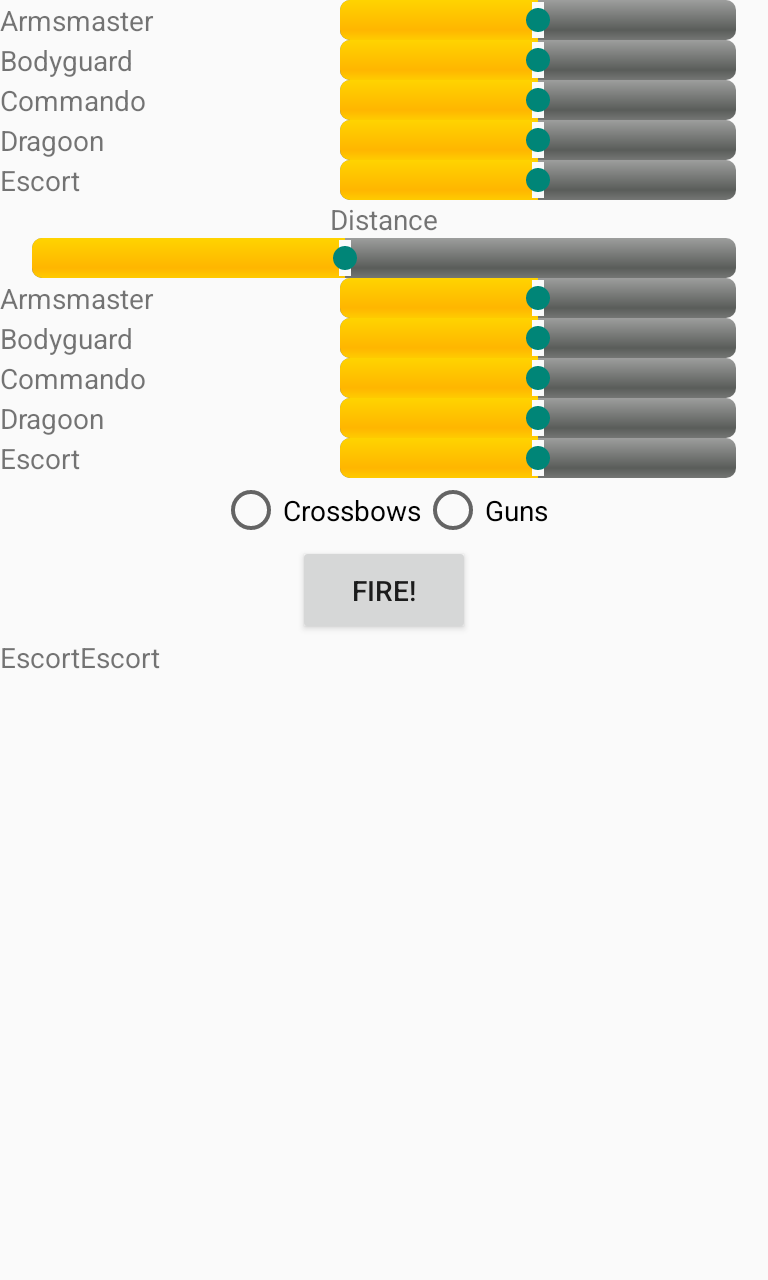
Repository: bryanpope/TARR
Layout: workspace/helloworld/res/layout/activity_hello_world.xml
The author's editor kept a copy of each file at every save. The layout is drawn from the files as they stood at one save, then again after the next save.
It is drawn on a 768 x 1280 px phone screen (xhdpi) without system bars, with theme AppTheme; the app's code is not run.

Above is the layout before, as saved 2014-06-01 23:44:50.

After the next save:
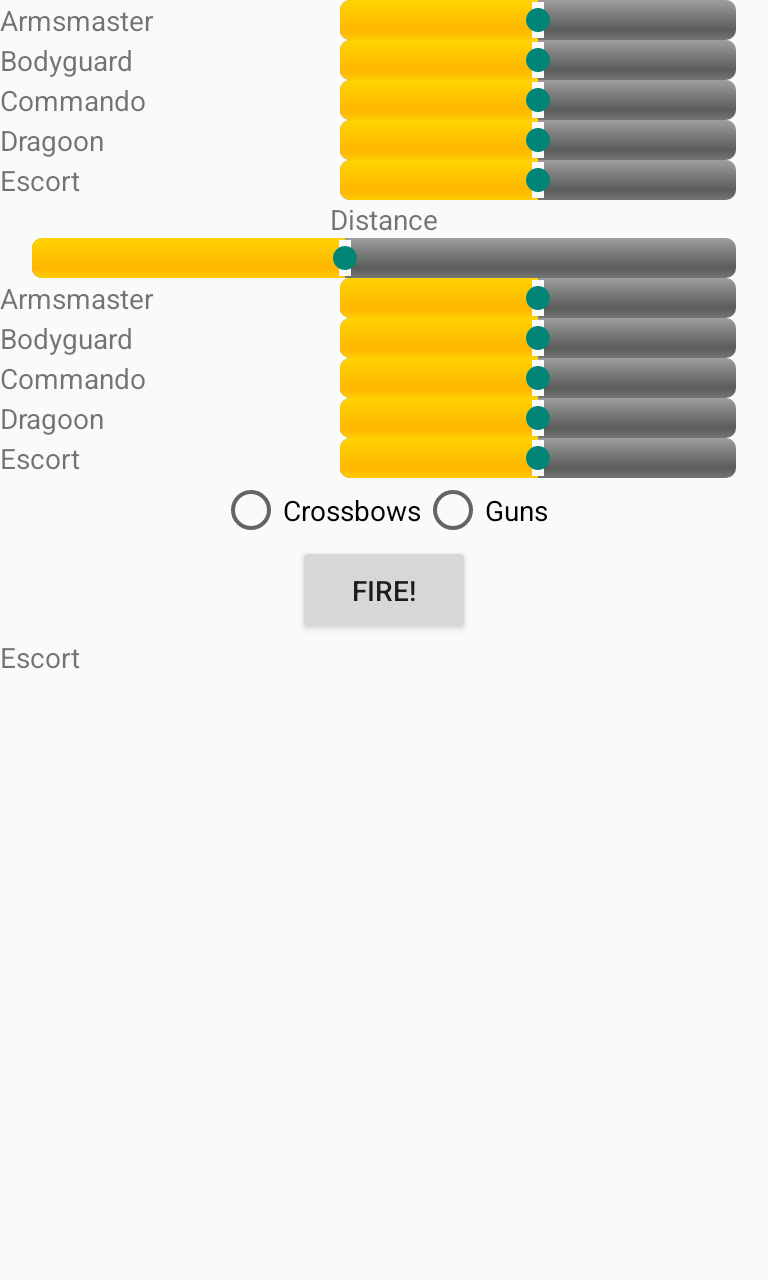
Saved 18 s later.
--- a/workspace/helloworld/res/layout/activity_hello_world.xml
+++ b/workspace/helloworld/res/layout/activity_hello_world.xml
@@ -271,7 +271,7 @@
 	        android:layout_width="wrap_content"
 	        android:layout_height="wrap_content"
 	      	android:layout_gravity="center_vertical"
-	        android:text="@string/escort" />
+	        android:text="" />
 	</LinearLayout>
 
 </LinearLayout>
